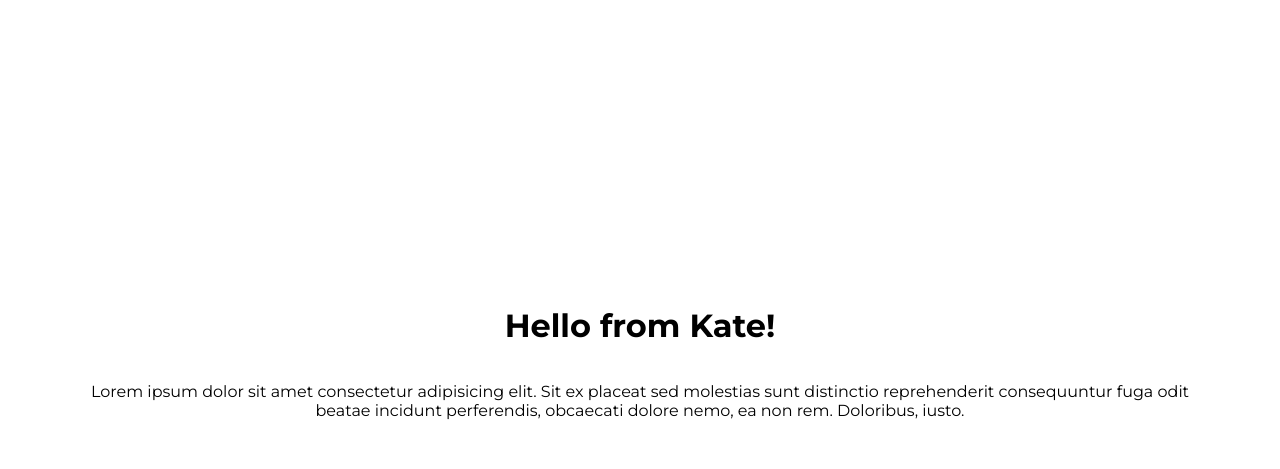
Repository: kate30980/js-practice
Page: dark-mode-toggles/index.html
These files come from the project's save history. The page is drawn as it stood at one moment and after the next save; the edit follows.
The browser window is 1280 px wide. The pictures show the whole page.

Above is the page before, as saved 2021-08-29 00:11:55.

After the next save:
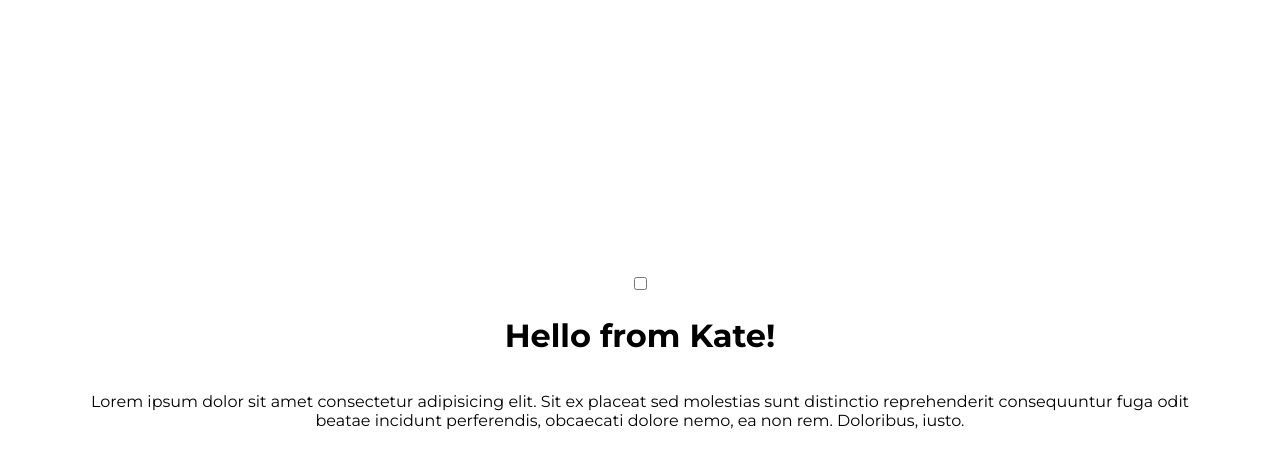
Saved 50 s later.
--- a/dark-mode-toggles/index.html
+++ b/dark-mode-toggles/index.html
@@ -11,6 +11,9 @@
 </head>
 
 <body>
+    <div>
+        <input type="checkbox" name="toggle" id="toggle">
+    </div>
     <h1>Hello from Kate!</h1>
     <p>Lorem ipsum dolor sit amet consectetur adipisicing elit. Sit ex placeat sed molestias sunt distinctio
         reprehenderit consequuntur fuga odit beatae incidunt perferendis, obcaecati dolore nemo, ea non rem. Doloribus,
